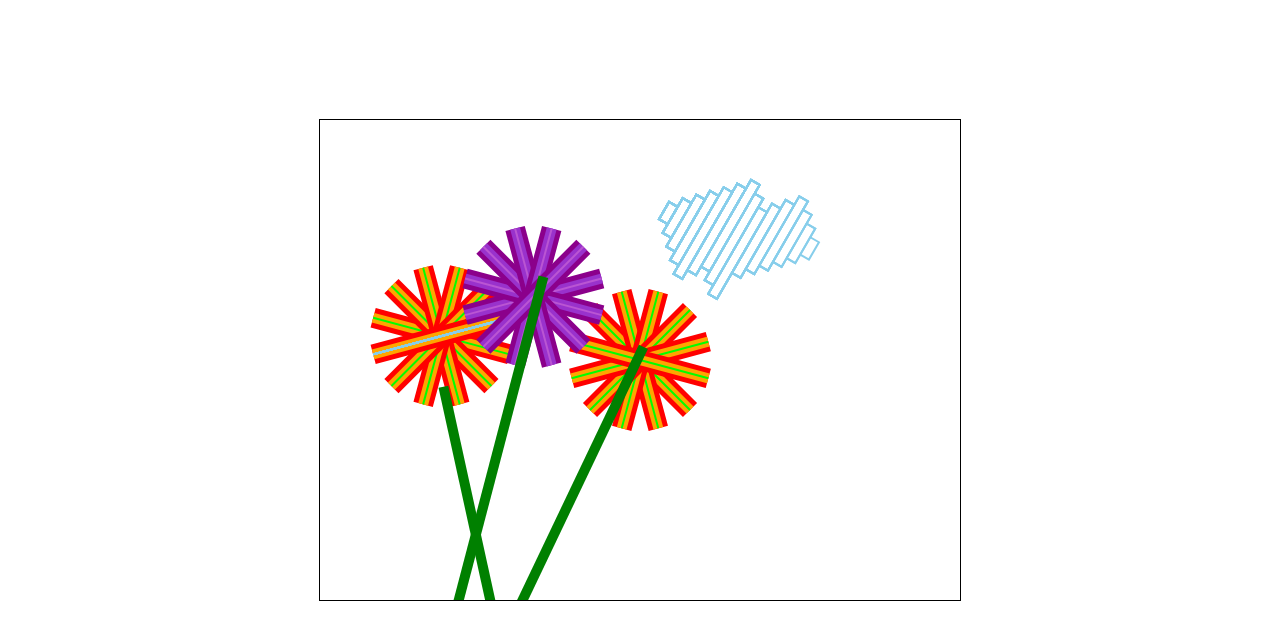
Repository: huanz488/huanz488-github.io
Page: digital painting/App.html
The author's editor kept a record of every edit. The page is drawn from the files as they stood at one moment, then again after the next edit.
The browser window is 1280 px wide. The pictures show the whole page.

Above is the page before.

After the next edit:
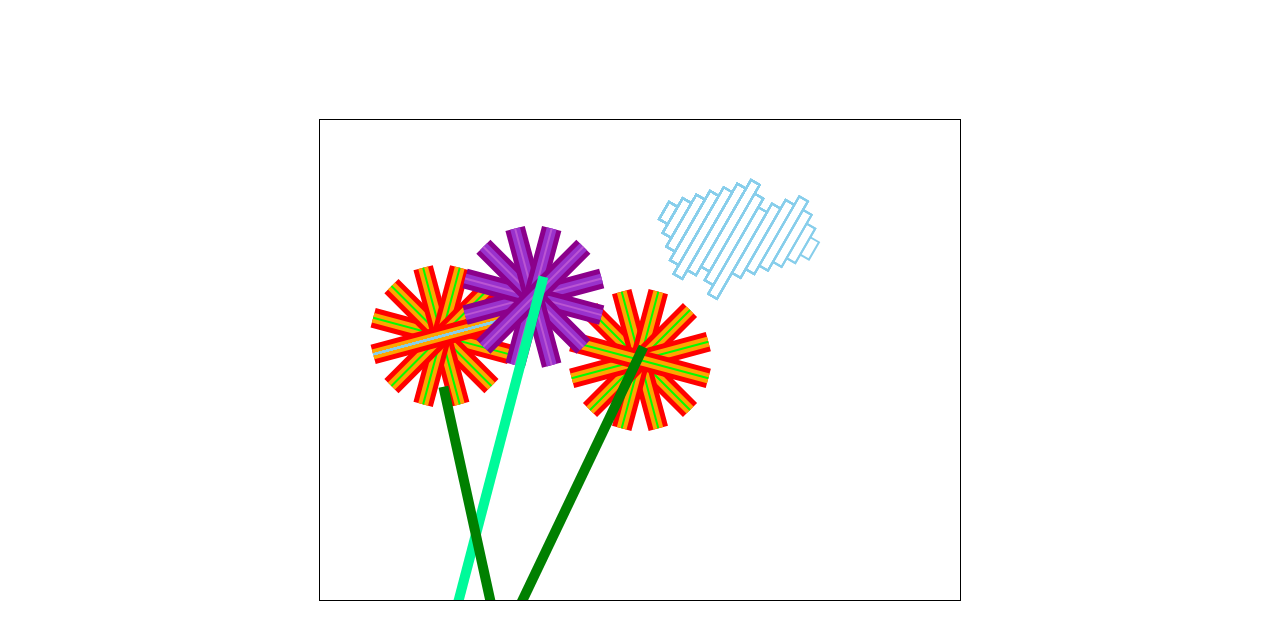
The edit:
--- a/digital painting/App.html
+++ b/digital painting/App.html
@@ -266,7 +266,7 @@
     ctx.lineTo(-20, -10);
 
     ctx.lineWidth = 10;
-    ctx.strokeStyle = 'green';
+    ctx.strokeStyle = 'MediumSpringGreen';
     ctx.stroke();
 
     ctx.translate(100, 100); // Moves the origin.
